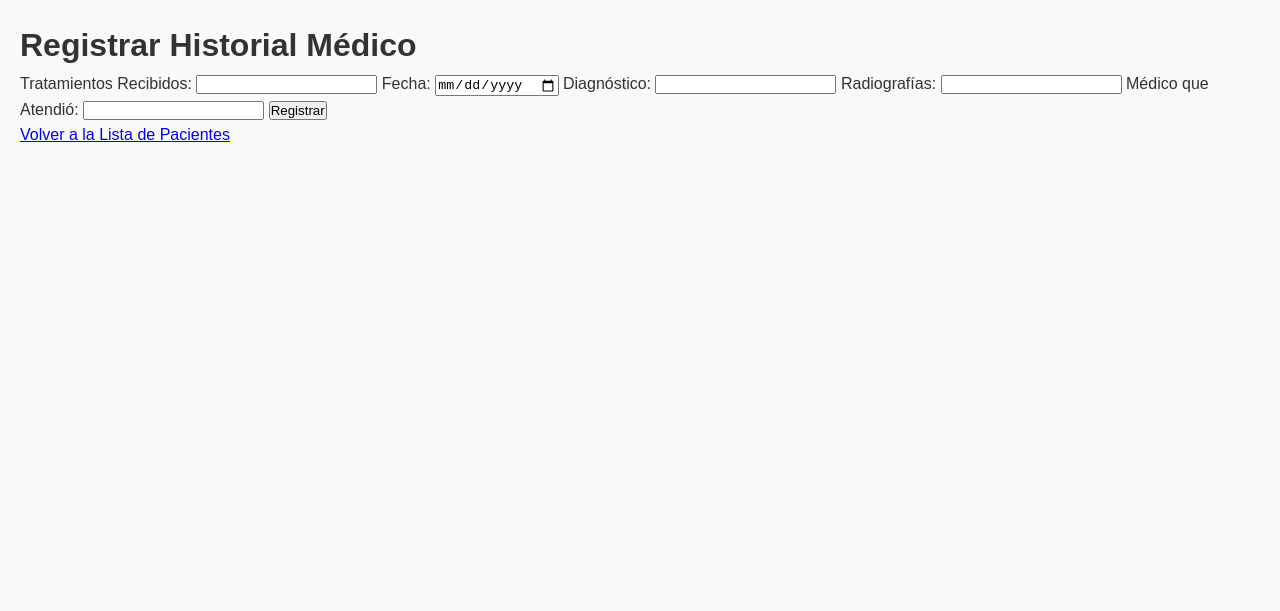
Repository: Aimarvera/LPII_EF_VeraDuran
Page: http://localhost/RegistrarPaciente
The author's editor kept a copy of each file at every save. The page is drawn from the files as they stood at one save, then again after the next save.
The browser window is 1280 px wide. The pictures show the whole page.
The page is this project's Thymeleaf template; nobody is signed in. The template is opened directly, without the code that normally fills it, so the values that code supplies are empty.

Above is the page before, as saved 2024-10-24 03:28:48.

After the next save:
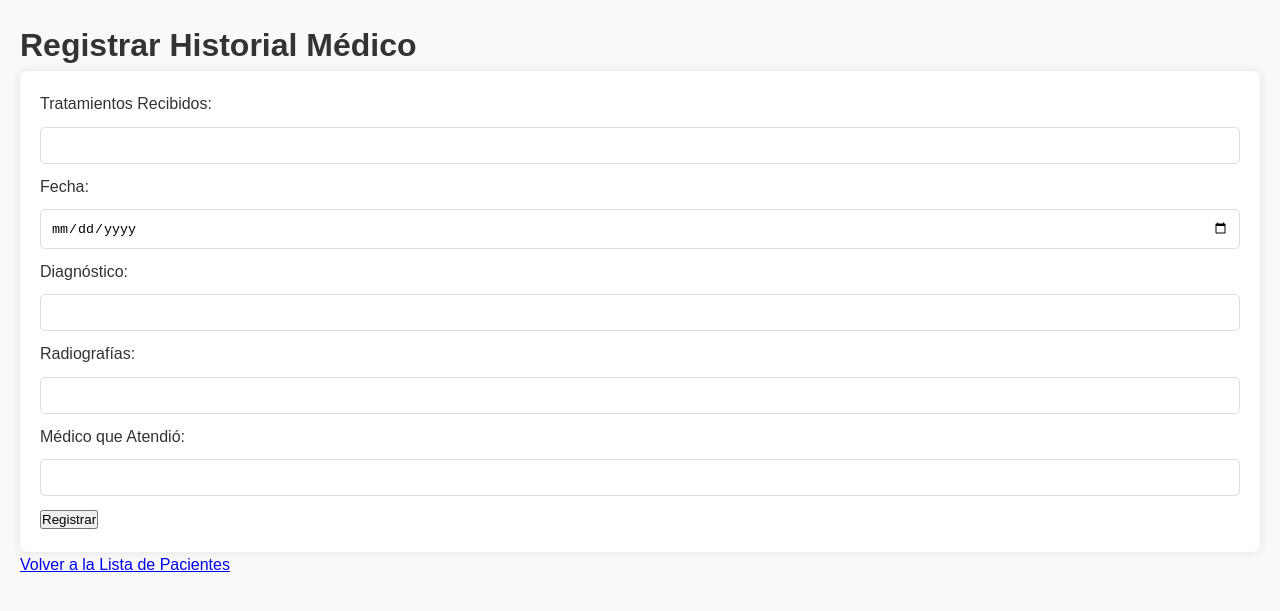
Saved 12 s later.
--- a/Clinica/src/main/resources/templates/RegistrarPaciente.html
+++ b/Clinica/src/main/resources/templates/RegistrarPaciente.html
@@ -3,7 +3,7 @@
 <head>
     <meta charset="UTF-8">
     <title>Registrar Historial Médico</title>
-	<link rel="stylesheet" type="text/css" href="/css/historial.css">
+	<link rel="stylesheet" type="text/css" href="/css/Registrarpacientes.css">
 </head>
 <body>
     <h1>Registrar Historial Médico</h1>
